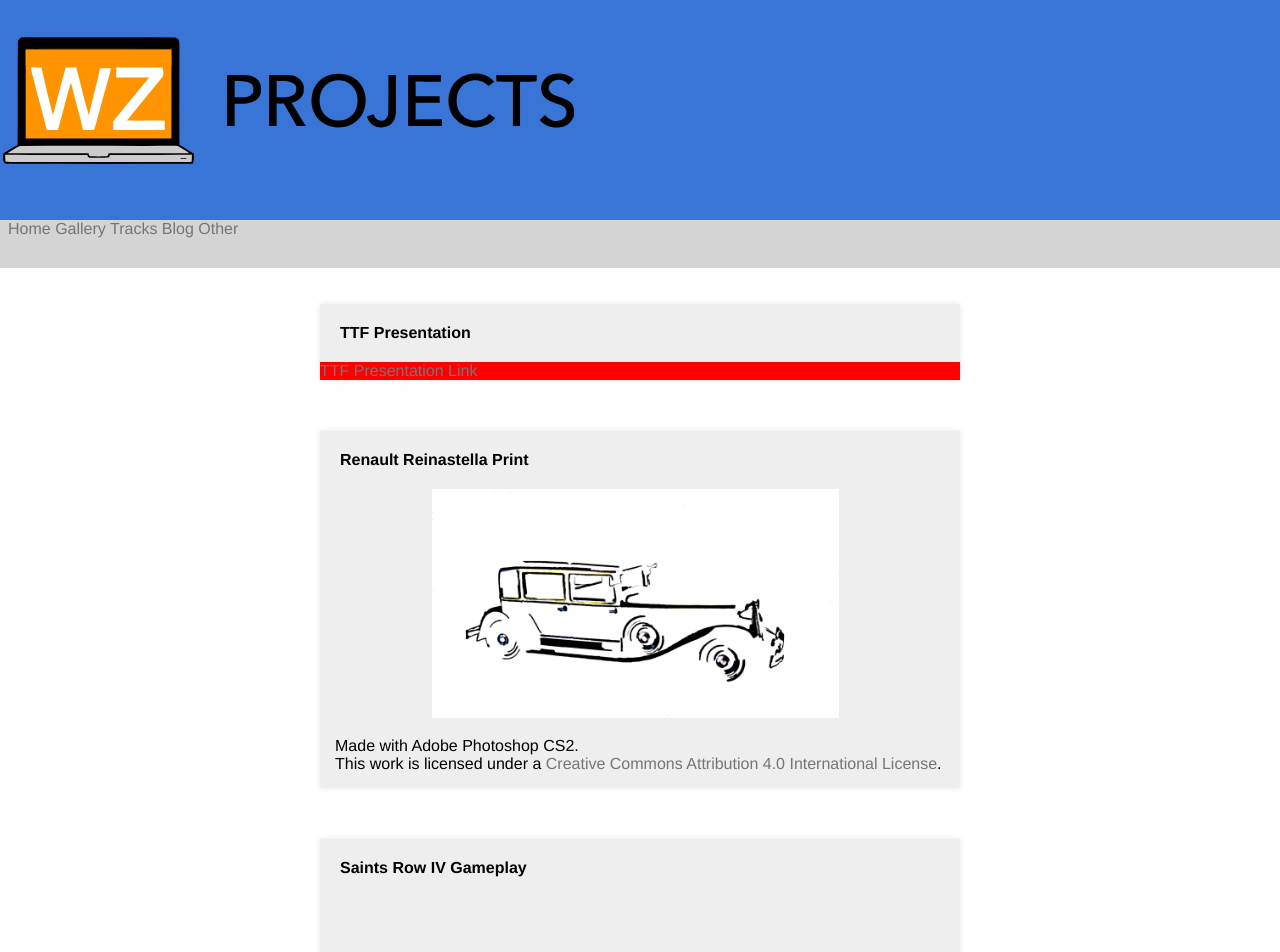
Repository: willzhang05/willzhang05.github.io-old
Page: gallery.html
The author's editor kept a record of every edit. The page is drawn from the files as they stood at one moment, then again after the next edit.
The browser window is 1280 px wide. The pictures show the part of the page from y = 0 to 952 px (the page is 2357 px tall before and 2230 px after).
Pictures or frames that could not be fetched are drawn as grey boxes.

Above is the page before.

After the next edit:
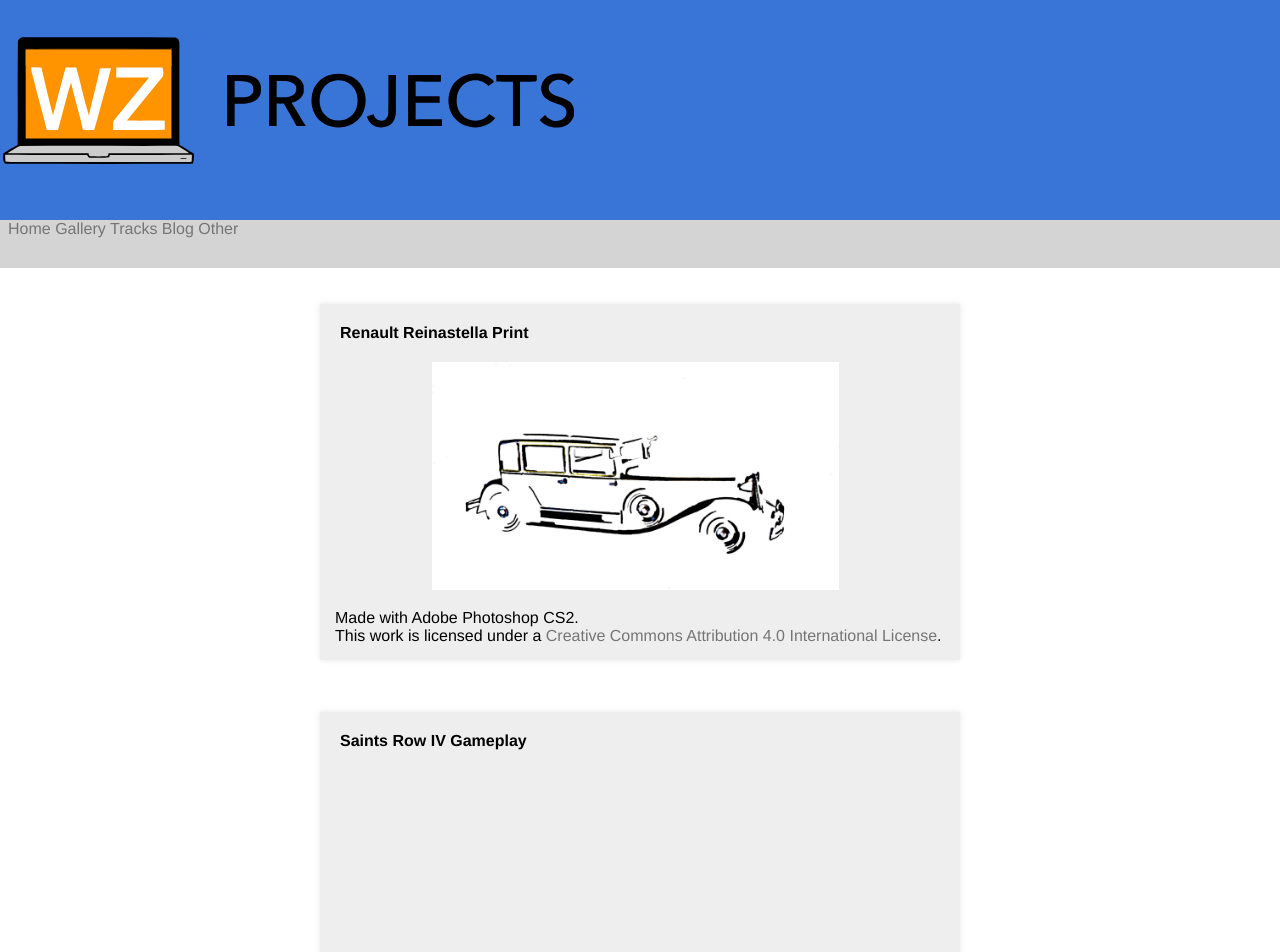
The edit:
--- a/gallery.html
+++ b/gallery.html
@@ -72,16 +72,6 @@
 			</div>
 			<!--<paper-shadow class="shadow" z="0" animated>-->
 			<div id="content">
-				<div class="card">
-					<h1>TTF Presentation</h1>
-					<div style="background-color:red; border:none;">
-						<a class="source" href="http://willzhang05.github.io/bower_components/impress.js/">
-							<paper-item>
-								TTF Presentation Link
-							</paper-item>
-						</a>
-					</div>
-				</div>
 				<div class="card">
 					<h1>Renault Reinastella Print</h1>
 					<div class="image">
